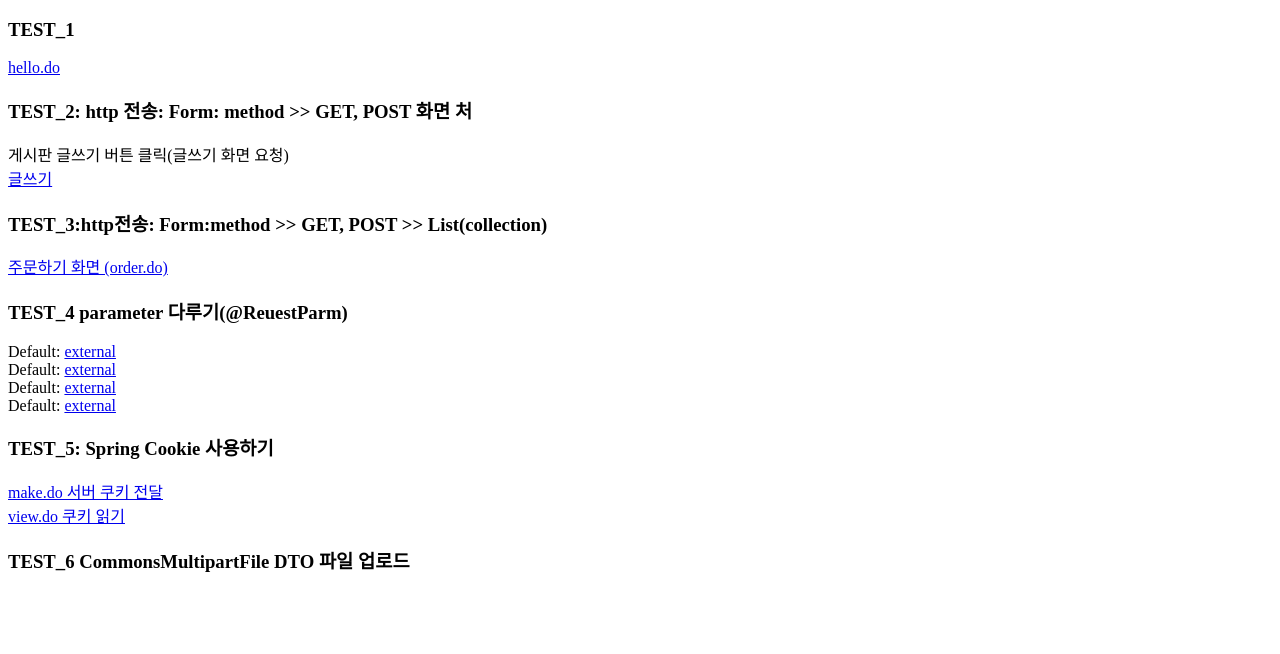
Repository: Ahn-Seung-ju/SpringLab
Page: SpringMVC_Basic03_Annotation/src/main/webapp/main.html
The author's editor kept a copy of each file at every save. The page is drawn from the files as they stood at one save, then again after the next save.
The browser window is 1280 px wide. The pictures show the whole page.

Above is the page before, as saved 2021-05-06 06:45:33.

After the next save:
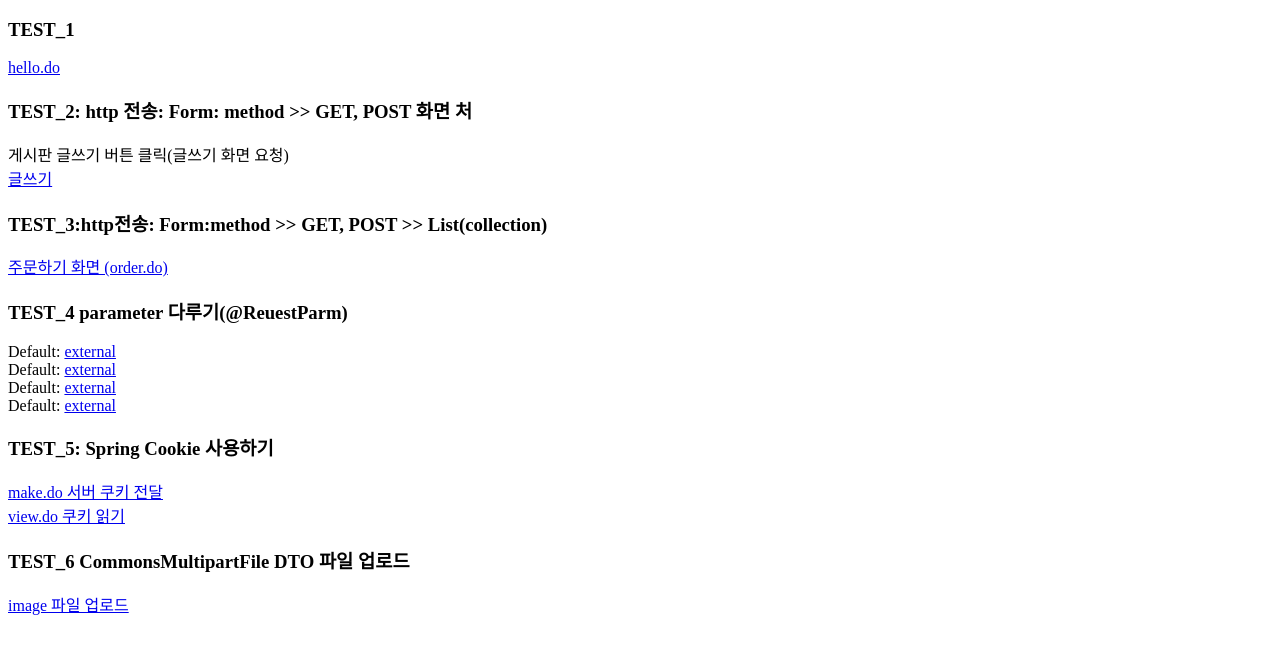
Saved 33 s later.
--- a/SpringMVC_Basic03_Annotation/src/main/webapp/main.html
+++ b/SpringMVC_Basic03_Annotation/src/main/webapp/main.html
@@ -26,5 +26,6 @@
 	<a href = "cookie/view.do">view.do 쿠키 읽기</a><br>
 
 	<h3>TEST_6 CommonsMultipartFile DTO 파일 업로드</h3>
+	<a href = "image/upload.do">image 파일 업로드</a>
 </body>
 </html>
